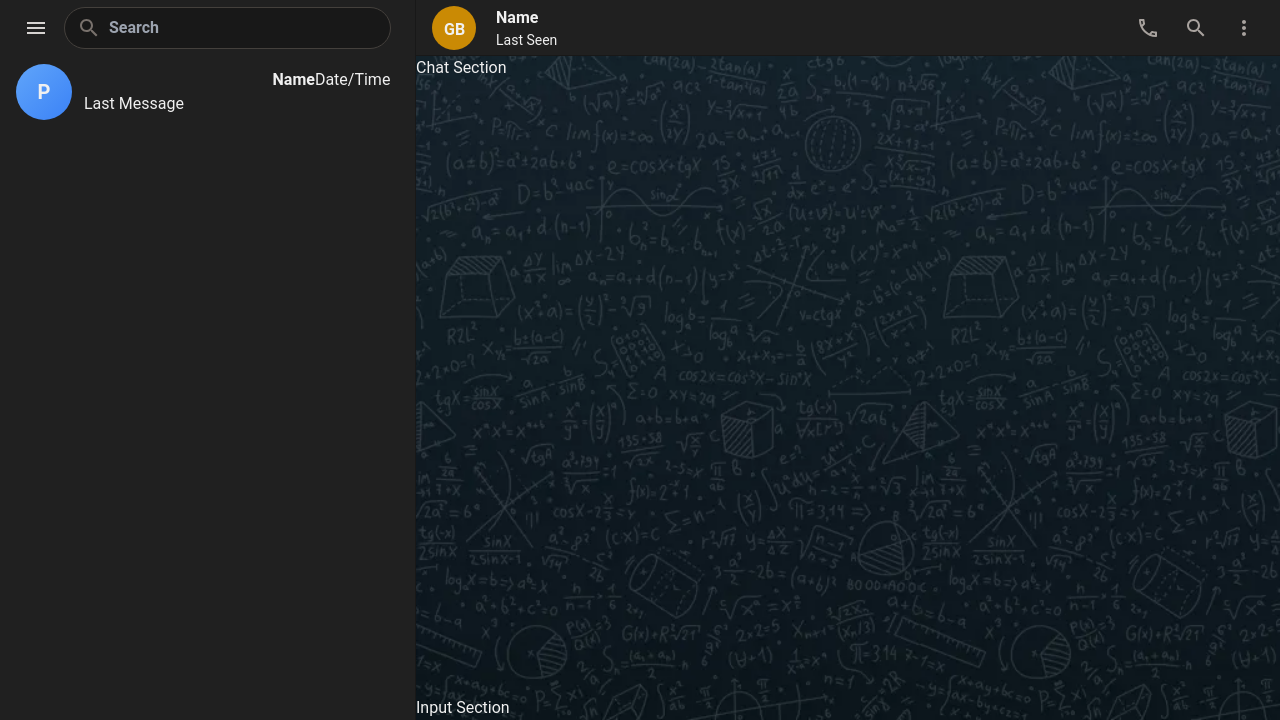
Repository: Qu4ntumGuy/telegram-clone
Page: /
An editor plug-in stored every save of this project. The page is shown before and after the next save, followed by the edit.
The browser window is 1280 px wide. The pictures show the whole page.
The page's requests for data from a server got no answer. The project was rebuilt for these pictures with package versions that can differ from the ones it lists, and the page was loaded fresh each time. No one was signed in, and anything a server would have sent is missing. Also part of the build but not shown: src/Pages/ChatPage.js/ChatPage.js.

Above is the page before, as saved 2024-07-15 13:56:44.

After the next save:
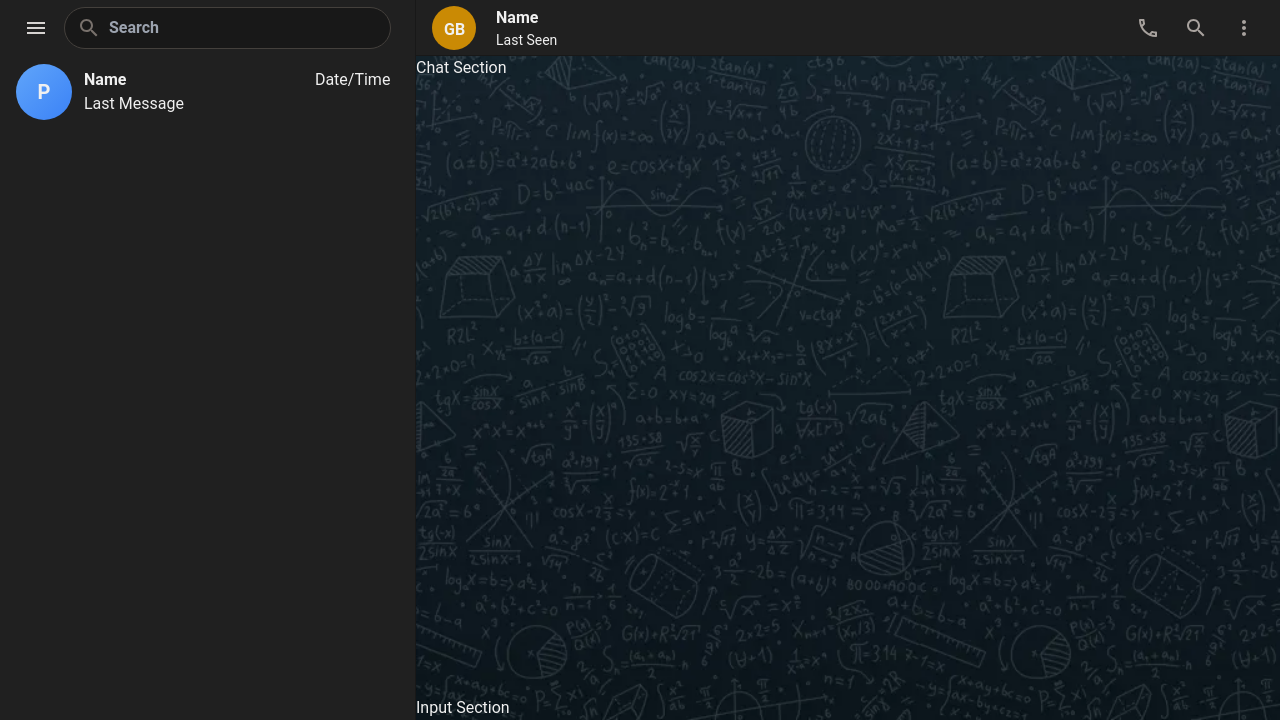
Saved 13 s later.
--- a/src/Components/Chat.js
+++ b/src/Components/Chat.js
@@ -8,8 +8,8 @@ function Chat({ name, profile }) {
       </div>
       <div className="flex flex-col ml-3 w-[80%]">
         <div className="flex">
-          <div className="font-semibold right-0 ml-auto">Name</div>
-          <div>Date/Time</div>
+          <div className="font-semibold ">Name</div>
+          <div className="right-0 ml-auto">Date/Time</div>
         </div>
         <div>Last Message</div>
       </div>
